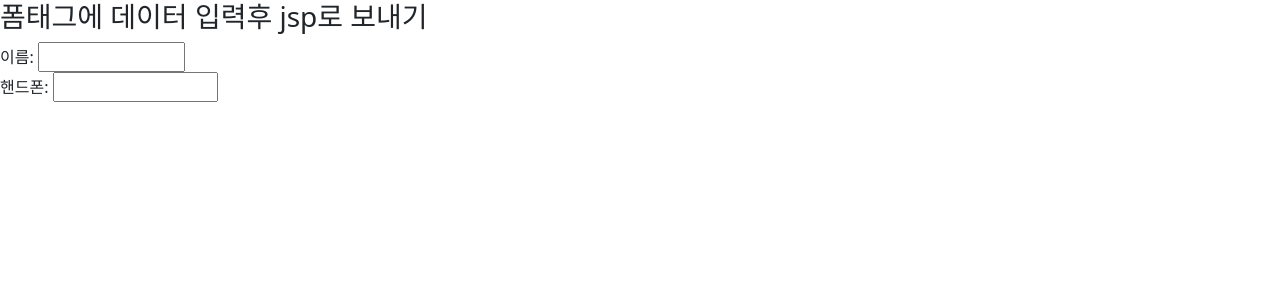
Repository: jini8293/Sist_04
Page: jspwork/jspProject/src/main/webapp/day0305/form_ex1.html
The author's editor kept a copy of each file at every save. The page is drawn from the files as they stood at one save, then again after the next save.
The browser window is 1280 px wide. The pictures show the whole page.
Some web fonts or font styles are not loaded; a fallback is used.

Above is the page before, as saved 2024-03-05 06:32:04.

### jspwork/jspProject/src/main/webapp/day0305/form_ex1.html
<!DOCTYPE html>
<html>
<head>
<meta charset="UTF-8">
<link
	href="https://fonts.googleapis.com/css2?family=Black+Han+Sans&family=Gowun+Dodum&family=IBM+Plex+Sans+KR&display=swap"
	rel="stylesheet">
<link
	href="https://cdn.jsdelivr.net/npm/bootstrap@5.3.2/dist/css/bootstrap.min.css"
	rel="stylesheet">
<script src="https://code.jquery.com/jquery-3.7.0.js"></script>
<title>Insert title here</title>
</head>
<body>

	<h3>폼태그에 데이터 입력후 jsp로 보내기</h3>
	이름: <input type="text" id="name" size="10"><br>
	핸드폰: <input type="text" id="hp" size="12"><br>


</body>
</html>

After the next save:
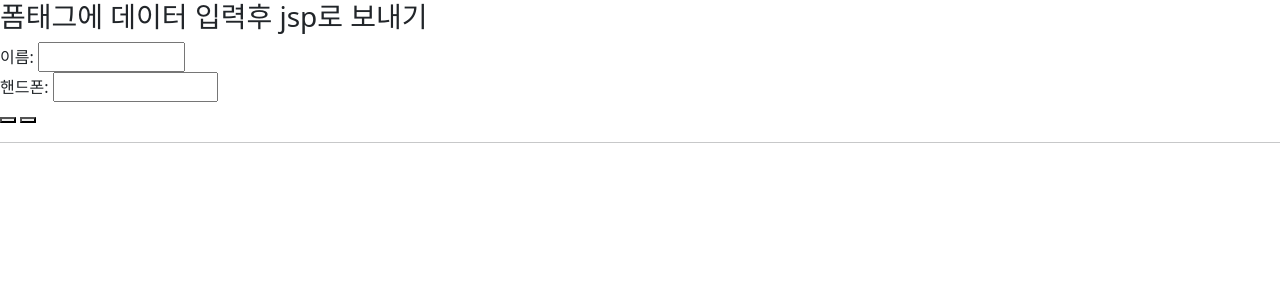
Saved 13 s later.
--- a/jspwork/jspProject/src/main/webapp/day0305/form_ex1.html
+++ b/jspwork/jspProject/src/main/webapp/day0305/form_ex1.html
@@ -17,6 +17,10 @@
 	이름: <input type="text" id="name" size="10"><br>
 	핸드폰: <input type="text" id="hp" size="12"><br>
 
+	<button type="button" ></button>
+	<button></button>
+	<hr>
+	<div id="show"></div>
 
 </body>
 </html>
